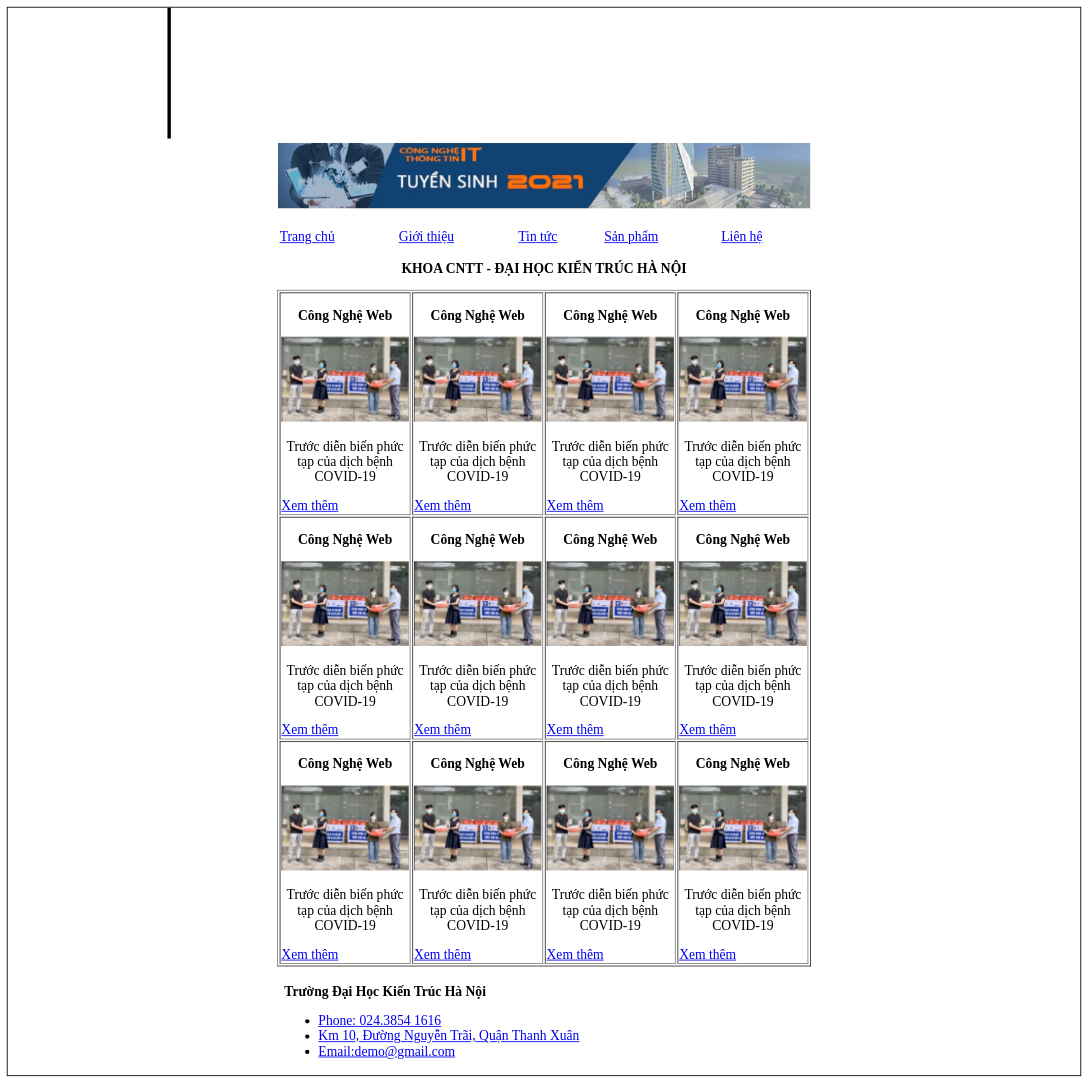
Repository: longtn213/Frond_end_HTML-CSS
Page: Front-End/Demohtml/baitapbuoi2.html
An editor plug-in stored every save of this project. The page is shown before and after the next save, followed by the edit.
The browser window is 1280 px wide. The pictures show the whole page, at 85% of full size.

Above is the page before, as saved 2021-09-09 14:46:48.

### Front-End/Demohtml/baitapbuoi2.html
<!DOCTYPE html>
<html>

<head>
	<meta charset="utf-8">
	<title>Bai tap</title>
	<style type="text/css">
		bdy {
			width: 30%;
			margin: 0 auto;
		}
	</style>
</head>

<body style="border: 1px solid #000;">
	<div class="ngancach" style="display: inline-block; padding-top:150px ; margin-left: 188px;;border: 2px solid #000;">

	</div>
	<center>
		<img class="anhtop" width="628px" src="./img/slider.png"">
	</center>
		<br>
        <center>
            <table width=" 628px">
		<tr>
			<td>
				<a href="#">Trang chủ</a>
			</td>
			<td>
				<a href="#">Giới thiệu</a>
			</td>
			<td>
				<a href="#">Tin tức</a>
			</td>
			<td>
				<a href="#">Sản phẩm</a>
			</td>
			<td>
				<a href="#">Liên hệ</a>
			</td>
		</tr>
		</table>
	</center>



	<center>
		<p>
			<b>
				KHOA CNTT - ĐẠI HỌC KIẾN TRÚC HÀ NỘI
			</b>
		</p>
		<table width="100px" border="1">
			<tr>
				<td>
					<center>
						<p>
							<b>Công Nghệ Web</b>
						</p>
						<img src="/img/img1.png" width="150px" height="100px"><br>
						<p>
							Trước diễn biến phức tạp của dịch bệnh COVID-19
						</p>
					</center>
					<a href="#">Xem thêm</a>
				</td>
				<td>
					<center>
						<p>
							<b>Công Nghệ Web</b>
						</p>
						<img src="/img/img1.png" width="150px" height="100px"><br>
						<p>
							Trước diễn biến phức tạp của dịch bệnh COVID-19
						</p>
					</center>
					<a href="#">Xem thêm</a>
				</td>
				<td>
					<center>
						<p>
							<b>Công Nghệ Web</b>
						</p>
						<img src="/img/img1.png" width="150px" height="100px"><br>
						<p>
							Trước diễn biến phức tạp của dịch bệnh COVID-19
						</p>
					</center>
					<a href="#">Xem thêm</a>
				</td>
				<td>
					<center>
						<p>
							<b>Công Nghệ Web</b>
						</p>
						<img src="/img/img1.png" width="150px" height="100px"><br>
						<p>
							Trước diễn biến phức tạp của dịch bệnh COVID-19
						</p>
					</center>
					<a href="#">Xem thêm</a>
				</td>
			</tr>
			<tr>
				<td>
					<center>
						<p>
							<b>Công Nghệ Web</b>
						</p>
						<img src="/img/img1.png" width="150px" height="100px"><br>
						<p>
							Trước diễn biến phức tạp của dịch bệnh COVID-19
						</p>
					</center>
					<a href="#">Xem thêm</a>
				</td>
				<td>
					<center>
						<p>
							<b>Công Nghệ Web</b>
						</p>
						<img src="/img/img1.png" width="150px" height="100px"><br>
						<p>
							Trước diễn biến phức tạp của dịch bệnh COVID-19
						</p>
					</center>
					<a href="#">Xem thêm</a>
				</td>
				<td>
					<center>
						<p>
							<b>Công Nghệ Web</b>
						</p>
						<img src="/img/img1.png" width="150px" height="100px"><br>
						<p>
							Trước diễn biến phức tạp của dịch bệnh COVID-19
						</p>
					</center>
					<a href="#">Xem thêm</a>
				</td>
				<td>
					<center>
						<p>
							<b>Công Nghệ Web</b>
						</p>
						<img src="/img/img1.png" width="150px" height="100px"><br>
						<p>
							Trước diễn biến phức tạp của dịch bệnh COVID-19
						</p>
					</center>
					<a href="#">Xem thêm</a>
				</td>
			</tr>
			<tr>
				<td>
					<center>
						<p>
							<b>Công Nghệ Web</b>
						</p>
						<img src="/img/img1.png" width="150px" height="100px"><br>
						<p>
							Trước diễn biến phức tạp của dịch bệnh COVID-19
						</p>
					</center>
					<a href="#">Xem thêm</a>
				</td>
				<td>
					<center>
						<p>
							<b>Công Nghệ Web</b>
						</p>
						<img src="/img/img1.png" width="150px" height="100px"><br>
						<p>
							Trước diễn biến phức tạp của dịch bệnh COVID-19
						</p>
					</center>
					<a href="#">Xem thêm</a>
				</td>
				<td>
					<center>
						<p>
							<b>Công Nghệ Web</b>
						</p>
						<img src="/img/img1.png" width="150px" height="100px"><br>
						<p>
							Trước diễn biến phức tạp của dịch bệnh COVID-19
						</p>
					</center>
					<a href="#">Xem thêm</a>
				</td>
				<td>
					<center>
						<p>
							<b>Công Nghệ Web</b>
						</p>
						<img src="/img/img1.png" width="150px" height="100px"><br>
						<p>
							Trước diễn biến phức tạp của dịch bệnh COVID-19
						</p>
					</center>
					<a href="#">Xem thêm</a>
				</td>
			</tr>
		</table>
		<br>
		<table width="628px">
			<tr>
				<td colspan="3">
				</td>
				<td colspan="2">
					<b>Trường Đại Học Kiến Trúc Hà Nội</b>
					<ul>
						<li>
							<a href="#">Phone: 024.3854 1616</a>
						</li>
						<li>
							<a href="#">Km 10, Đường Nguyễn Trãi, Quận Thanh Xuân</a>
						</li>
						<li>
							<a href="#">Email:demo@gmail.com</a>
						</li>
					</ul>
				</td>
			</tr>
		</table>
	</center>





</body>

</html>

After the next save:
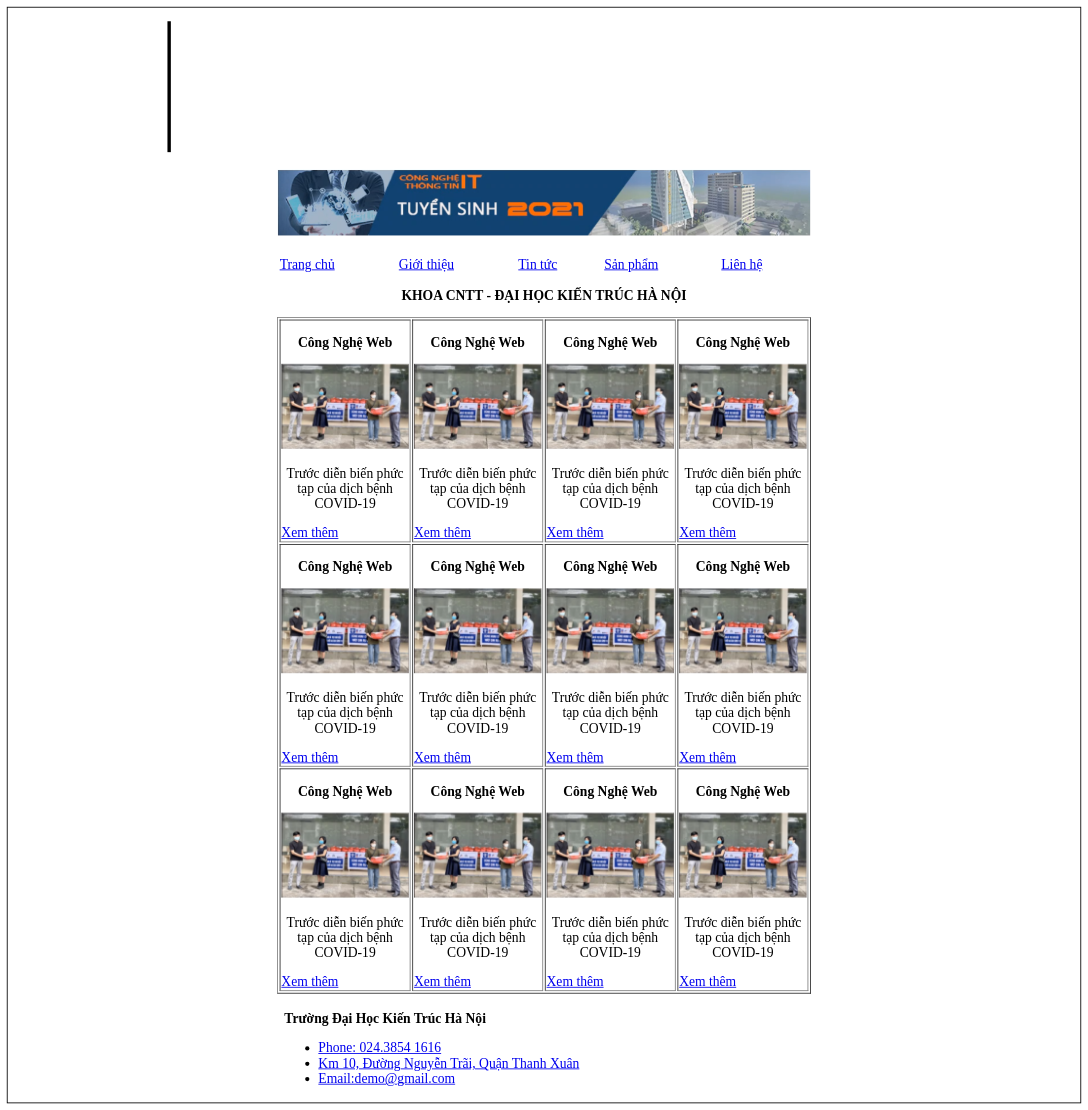
Saved 40 s later.
--- a/Front-End/Demohtml/baitapbuoi2.html
+++ b/Front-End/Demohtml/baitapbuoi2.html
@@ -13,9 +13,9 @@
 </head>
 
 <body style="border: 1px solid #000;">
-	<div class="ngancach" style="display: inline-block; padding-top:150px ; margin-left: 188px;;border: 2px solid #000;">
-
-	</div>
+	<p class="ngancach" style="display: inline-block; padding-top:150px ; margin-left: 188px;;border: 2px solid #000;">
+
+	</p>
 	<center>
 		<img class="anhtop" width="628px" src="./img/slider.png"">
 	</center>
